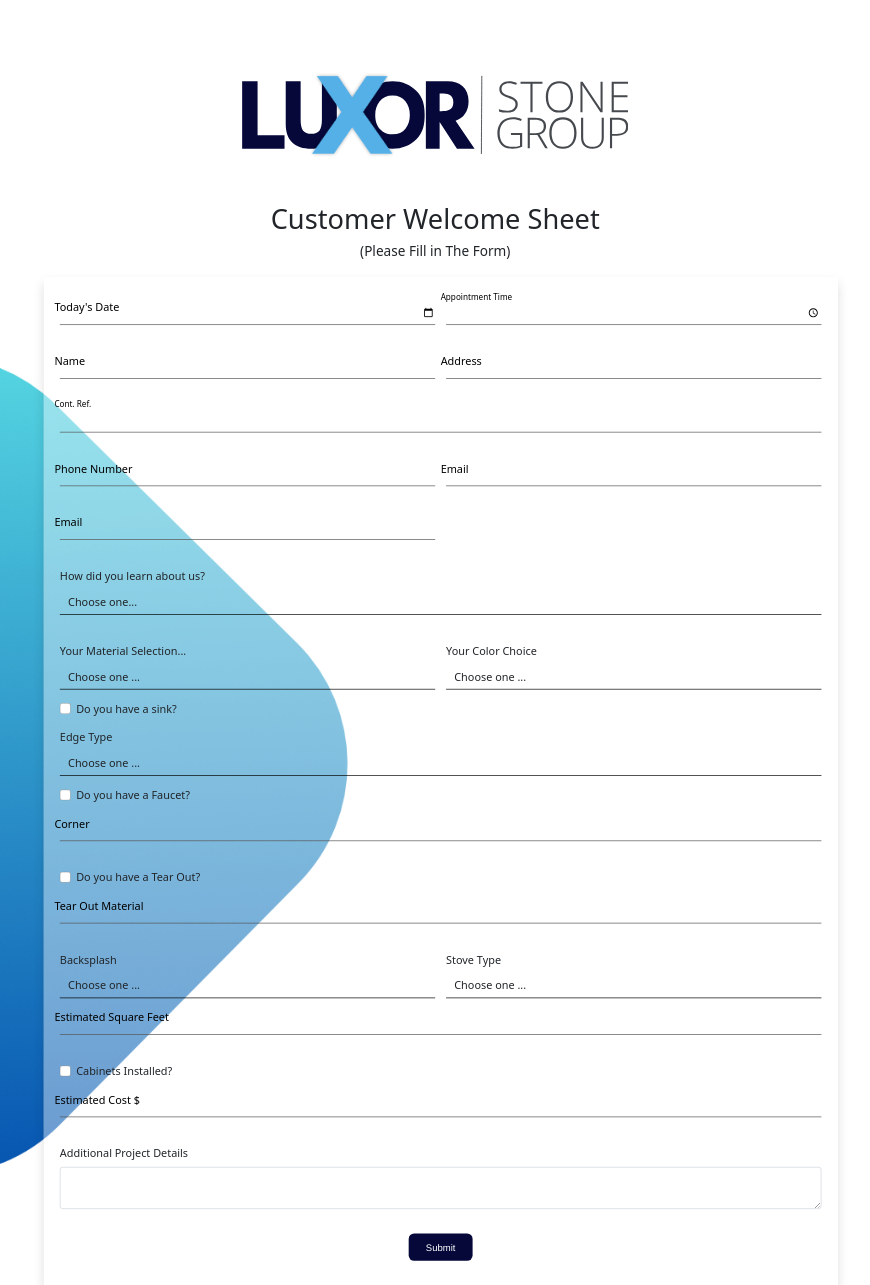
Repository: aya7abbal/Luxor-Customer-Form
Page: index.html
An editor plug-in stored every save of this project. The page is shown before and after the next save, followed by the edit.
The browser window is 1280 px wide. The pictures show the whole page, at 68% of full size.
The style sheet was rebuilt from its Sass, Less or Tailwind sources for each picture, by a compiler version that may differ from the author's.

Above is the page before, as saved 2023-10-21 17:30:24.

After the next save:
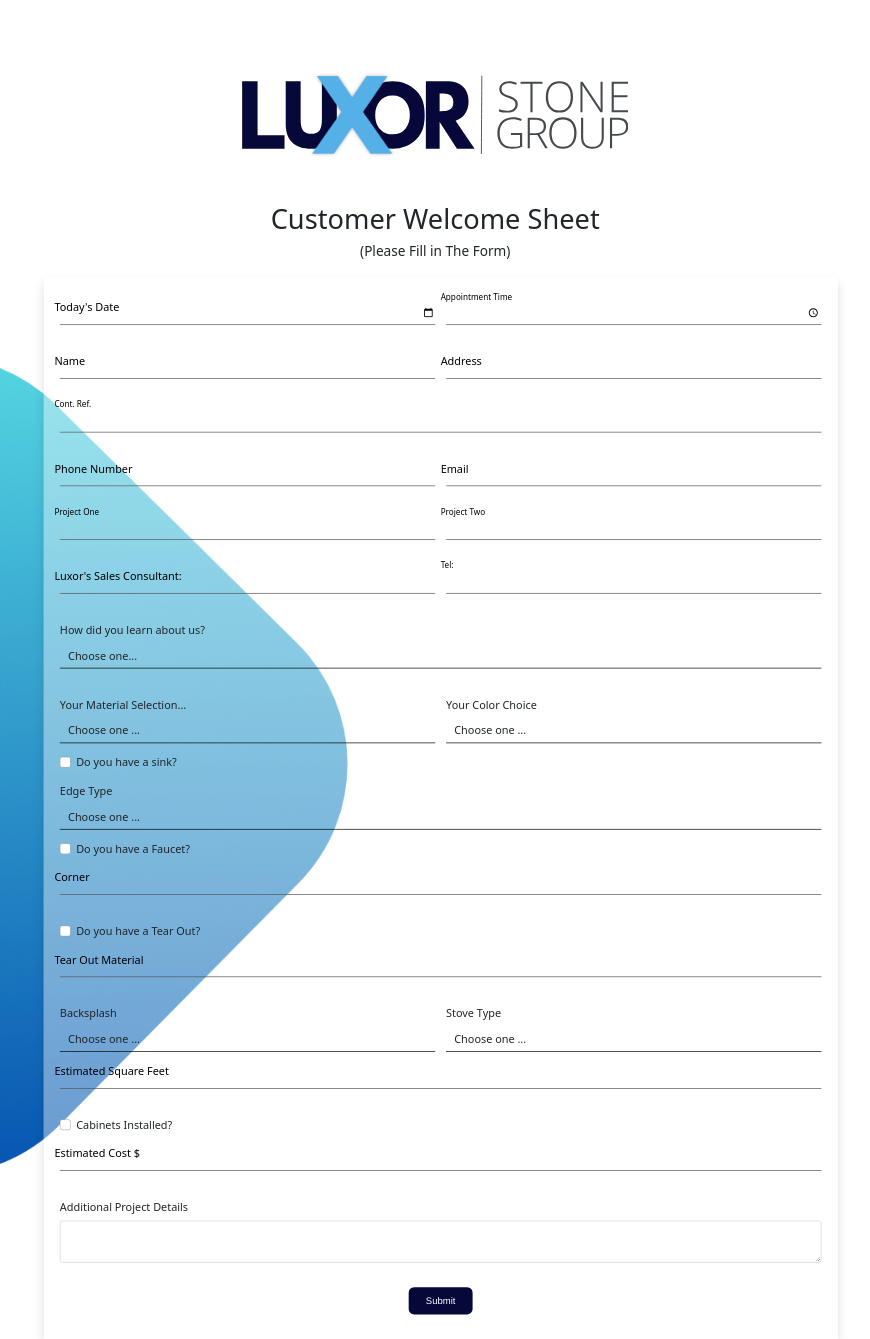
Saved 5 min 25 s later.
--- a/index.html
+++ b/index.html
@@ -75,26 +75,40 @@
           <input type="number" id="mobile" required />
           <label for="mobile">Phone Number</label>
         </div>
-        <!-- Email -->
-        <div class="col-md-6 col-12 input-container">
-          <input type="text" required id="pone" />
-          <label for="pone">Email</label>
-        </div>
+                <!--Email -->
+                <div class="col-md-6 col-12 input-container">
+                  <input type="emal" required id="email" />
+                  <label for="email">Email</label>
+                </div>
         <!-- Project One -->
         <div class="col-md-6 col-12 input-container">
-          <input type="text" required id="ptwo" />
-          <label for="ptwo">Email</label>
-        </div>
-
+          <input type="text"  id="pone" />
+          <label for="pone">Project One</label>
+        </div>
         <!-- Project Two -->
+        <div class="col-md-6 col-12 input-container">
+          <input type="text"  id="ptwo" />
+          <label for="ptwo">Project Two</label>
+        </div>
+          <!-- Sales Consultant -->
+          <div class="col-md-6 col-12 input-container">
+            <input type="text" required id="cons" />
+            <label for="cons">Luxor's Sales Consultant:</label>
+          </div>
+            <!-- Tel -->
+            <div class="col-md-6 col-12 input-container">
+              <input type="text"  id="tel" />
+              <label for="tel">Tel:</label>
+            </div>
+
         <!-- Learn
     how -->
         <div class="col-12">
           <label for="learnHow" class="form-label"
             >How did you learn about us?</label
           >
-          <select id="learnHow" class="form-select input-container">
-            <option required> Choose one...</option>
+          <select id="learnHow" class="form-select input-container" required>
+            <option > Choose one...</option>
             <option > hello</option>
             <option>answer 2</option>
           </select>
@@ -123,13 +137,13 @@
             <label class="form-check-label" for="sinkCheck">
               Do you have a sink?</label
             >
-            <input class="form-check-input" type="checkbox" id="sinkCheck" />
+            <input class="form-check-input" type="checkbox" id="sinkCheck" required/>
           </div>
         </div>
         <!-- Edge Type -->
         <div class="col-12">
           <label for="edge" class="form-label"> Edge Type</label>
-          <select id="edge" class="form-select">
+          <select id="edge" class="form-select" required>
             <option selected> Choose one ... </option>
             <option>answer 2</option>
           </select>
@@ -172,7 +186,7 @@
         <!-- Backsplash-->
         <div class="col-md-6 col-12">
           <label for="backsplash" class="form-label"> Backsplash</label>
-          <select id="backsplash" class="form-select">
+          <select id="backsplash" class="form-select" required>
             <option selected> Choose one ...</option>
             <option>4"</option>
             <option>6"</option>
@@ -182,7 +196,7 @@
         <!-- Stove Type -->
         <div class="col-md-6 col-12">
           <label for="stoveType" class="form-label"> Stove Type</label>
-          <select id="stoveType" class="form-select">
+          <select id="stoveType" class="form-select" required>
             <option selected> Choose one ...</option>
             <option>Cook Top</option>
           </select>
@@ -192,7 +206,7 @@
             <input type="number" id="area" required/>
           <label for="area" >Estimated Square Feet</label>
         </div>
-        <!-- Tear Out Check -->
+        <!-- Cabinets Check -->
         <div class="col-12">
           <div class="form-check">
             <label class="form-check-label" for="cabinets">
